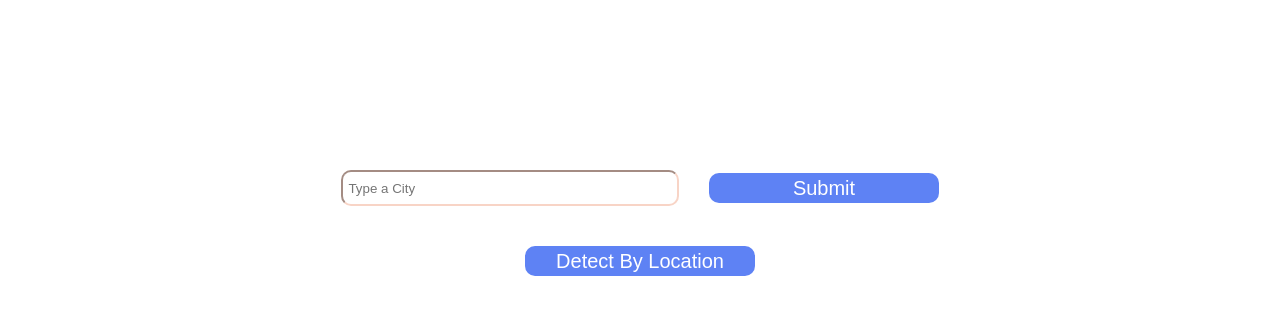
Repository: ahmedazawi/weather-app
Page: /
An editor plug-in stored every save of this project. The page is shown before and after the next save, followed by the edit.
The browser window is 1280 px wide. The pictures show the whole page.
The project was rebuilt for these pictures with package versions that can differ from the ones it lists, and the page was loaded fresh each time. Also part of the build but not shown: src/layout/Header.js, src/assets/css/details.css, src/assets/data/ContextApi.js, src/assets/css/SevenDaysCards.css, src/components/card.js, src/components/SevenDaysCards.js, src/assets/data/Api.js, src/components/Map.js and 2 more.

Above is the page before, as saved 2022-11-30 22:44:43.

### src/App.js
import React, { useState, useEffect } from "react";
import "./App.css";
import Header from "./layout/Header";
import Details from "./components/Details";

import Store from "./assets/data/Store";
function App() {
  const [lat, setLat] = useState();
  const [long, setLong] = useState();
  const [located, setLocated] = useState(false);
  const [cityName, setCityName] = useState("");
  const [subCity, setSubCity] = useState();

  const inputHandler = (event) => {
    setCityName(event.target.value);
  };
  const clickHandler = () => {
    setSubCity(cityName);
  };
  const geolocationAPI = navigator.geolocation;
  const getUserCoordinates = () => {
    if (!geolocationAPI) {
      console.log("Geolocation API is not available in your browser!");
    } else {
      geolocationAPI.getCurrentPosition(
        (position) => {
          const { coords } = position;
          setLat(coords.latitude);
          setLong(coords.longitude);
          setLocated(true);
        },

        (error) => {
          console.log("Something went wrong getting your position!");
        }
      );
    }
  };

  if (!subCity && !located) {
    return (
      <div className="App">
        <div>
          <input
            type="text"
            className="form-control"
            name="cityName"
            onChange={inputHandler}
            value={cityName}
            placeholder=" Type a City"
          />
          <button onClick={clickHandler} className="btn">
            Submit
          </button>
        </div>
        <button className="btn" onClick={getUserCoordinates}>
          Detect By Location
        </button>
      </div>
    );
  }
  console.log(located);
  return (
    <div>
      <Header />
      <Store located={located} lat={lat} long={long} city={subCity}>
        <Details />
      </Store>
    </div>
  );
}

export default App;

### src/App.css
body {
  --primaryColor: #5e82f4;
  --secondaryColor: #ffffff;
  --borderRadius: 25px;
}

.nav {
  display: flex;
  align-items: center;
  height: 55px;
  background-color: var(--primaryColor);
}
.App {
  display: flex;
  flex-direction: column;
  align-items: center;
  justify-content: center;
  height: 100%;
  width: 100%;
  margin-top: 170px;
  gap: 40px;
}
.App > div {
  display: flex;
  align-items: center;
  gap: 30px;
}
.App .btn {
  border: none;
  border-radius: 10px;
  color: var(--secondaryColor);
  background-color: var(--primaryColor);
  height: 30px;
  width: 230px;
  font-size: 20px;
}
.App .form-control {
  border-color: #f8d4c6;
  border-radius: 10px;
  height: 30px;
  width: 330px;
}

Loaded but not shown: public/index.html (common file); src/index.js (common file); src/index.css (common file)

After the next save:
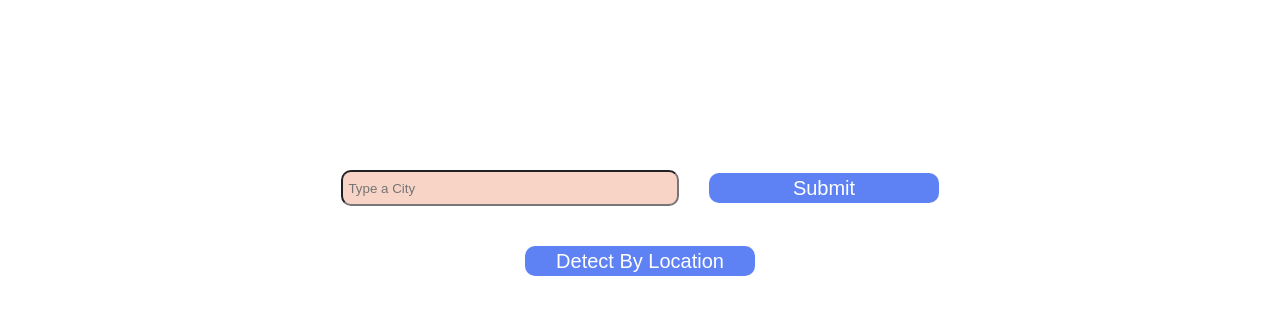
Saved 17 s later.
--- a/src/App.css
+++ b/src/App.css
@@ -35,7 +35,7 @@ body {
   font-size: 20px;
 }
 .App .form-control {
-  border-color: #f8d4c6;
+  background-color: #f8d4c6;
   border-radius: 10px;
   height: 30px;
   width: 330px;
